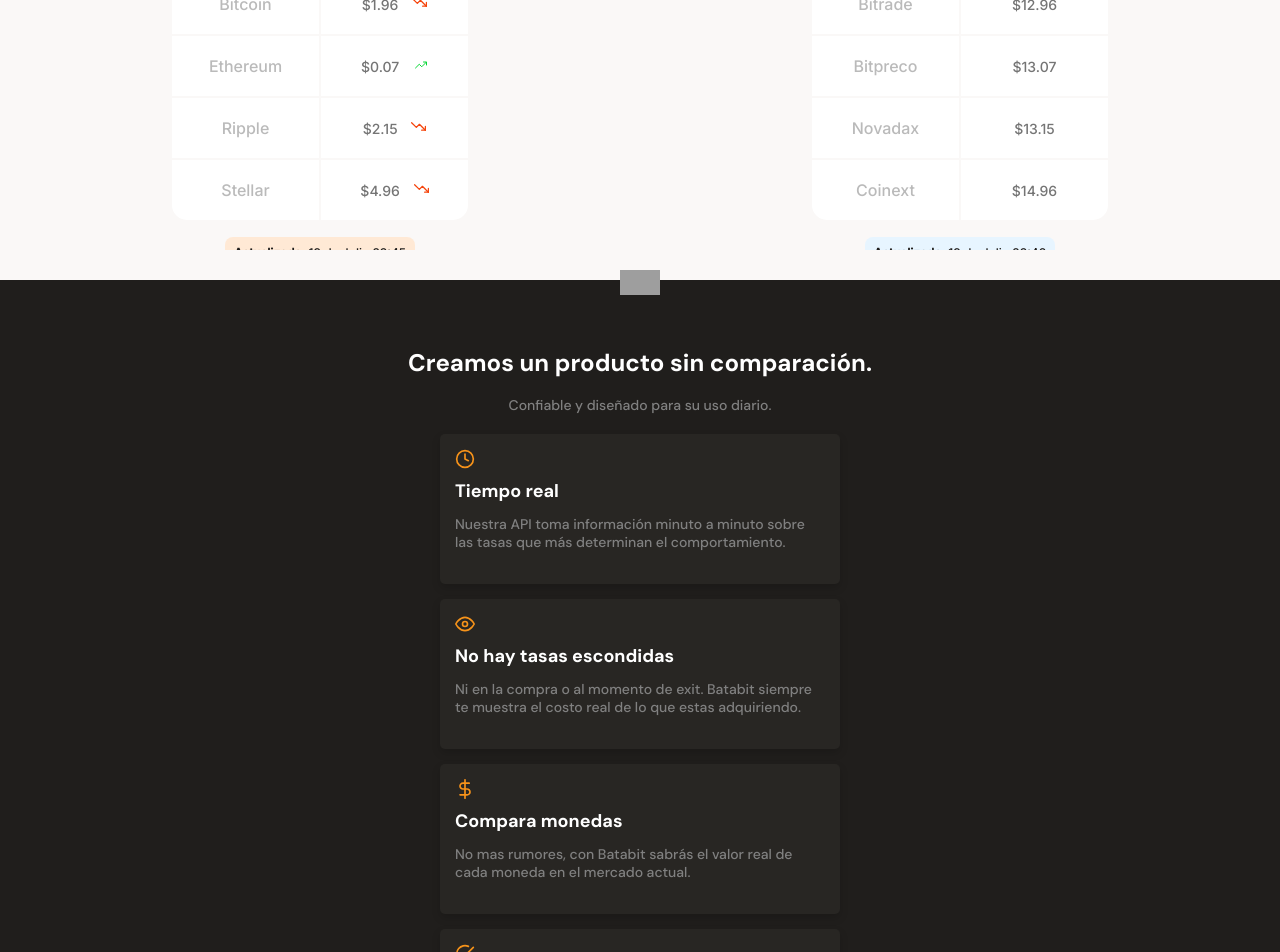
Repository: EnzoSz/Mobile-First
Page: index.html
The author's editor kept a copy of each file at every save. The page is drawn from the files as they stood at one save, then again after the next save.
The browser window is 1280 px wide. The pictures show the part of the page from y = 832 to 1784 px (the page is 2938 px tall before and 2982 px after).
Pictures or frames that could not be fetched are drawn as grey boxes.

Above is the page before, as saved 2021-02-05 13:20:05.

### index.html
<!DOCTYPE html>
<html lang="en">
<head>
    <meta charset="UTF-8">
    <meta name="viewport" content="width=device-width, initial-scale=1.0">
    <title>Document</title>
    <link rel="preconnect" href="https://fonts.gstatic.com">
    <link href="https://fonts.googleapis.com/css2?family=DM+Sans:wght@400;500;700&family=Inter:wght@300;500&display=swap" rel="stylesheet">
    <link rel="stylesheet" href="./estilos.css">
</head>
<body>
    <header>
        <img src="./assets/img/logo.svg" alt="">
        <div class="header--title-container">
            <h1>La próxima revolución en el intercambio de criptomonedas.</h1>
            <p>Batabit te ayuda a navegar entre los diferentes precios y tendencias.</p>
            <a href="#plans" class="header--button">Conoce Nuestros Planes <span></span></a>
        </div>
    </header>
    <main>
        <section class="main-exchange-container">
            <div class="backgroundImg"></div>
            <div class="main.exchange-container--title">
                <h2>Visibilizamos todas las tasas de cambio.</h2>
                <p>
                    Traemos informacion en  tiempo real de las casas de cambio y las monedas más importante del mundo.

                </p>
            </div>
            <section class="main-tables-container">
                <div class="main-currency-table">
                    <p class="currency-table--title">Monedas</p>
                    <div class="currency-table--container">
                        <table>
                            <tr>
                                <td class="table__top-left">Bitcoin</td>
                                <td class="table__top-right table__right">$1.96 <span class="down"></span></td>
                            </tr>
                            <tr>
                                <td>Ethereum</td>
                                <td class="table__right">$0.07 <span class="up"></span></td>
                            </tr>
                            <tr>
                                <td>Ripple</td>
                                <td class="table__right">$2.15 <span class="down"></span></td>
                            </tr>
                            <tr>
                                <td class="table__bottom-left">Stellar</td>
                                <td class="table__bottom-right table__right">$4.96 <span class="down"></span></td>
                            </tr>
                        </table>
                    </div>
                    <div class="currency-table-date">
                        <p>
                            <b>Actualizado:</b> 19 de Julio 23:45
                        </p>
                    </div>
                </div>
                <div class="main-commissions-table">
                    <p class="commissions-table--title">Comisiones</p>
                    <div class="commissions-table--container">
                        <table>
                            <tr>
                                <td class="table__top-left">Bitrade</td>
                                <td class="table__top-right table__right">$12.96</td>
                            </tr>
                            <tr>
                                <td>Bitpreco</td>
                                <td class="table__right">$13.07</td>
                            </tr>
                            <tr>
                                <td>Novadax</td>
                                <td class="table__right">$13.15</td>
                            </tr>
                            <tr>
                                <td class="table__bottom-left">Coinext</td>
                                <td class="table__bottom-right table__right">$14.96</td>
                            </tr>
                        </table>
                    </div>
                    <div class="commissions-table-date">
                        <p>
                            <b>Actualizado:</b> 19 de Julio 23:48
                        </p>
                    </div>
                </div>
            </section>
        </section>
        <section class="main-product-detail">
            <span class="product-detail--batata-logo"></span>
            <div class="product-detail--title">
                <h2>
                    Creamos un producto sin comparación.
                </h2>
                <p>
                    Confiable y diseñado para su uso diario.
                </p>
            </div>
            <section class="product-cards--container">
                <article class="product-detail--card">
                    <span class="icon-card clock"></span>
                    <p class="product--card-title">Tiempo real</p>
                    <p class="product--card-body">
                        Nuestra API toma información minuto a minuto sobre las tasas que más determinan el comportamiento.
                    </p>
                </article>
                <article class="product-detail--card">
                    <span class="icon-card eye "></span>
                    <p class="product--card-title">No hay tasas escondidas</p>
                    <p class="product--card-body">
                        Ni en la compra o al momento de exit. Batabit siempre te muestra el costo real de lo que estas adquiriendo.
                    </p>
                </article>
                <article class="product-detail--card">
                    <span class="icon-card dollar "></span>
                    <p class="product--card-title">Compara monedas</p>
                    <p class="product--card-body">
                        No mas rumores, con Batabit sabrás el valor real de cada moneda en el mercado actual.
                    </p>
                </article>
                <article class="product-detail--card">
                    <span class="icon-card check "></span>
                    <p class="product--card-title">información confiable</p>
                    <p class="product--card-body">
                        Nuestras fuentes estan 100% verificadas y continuamos auditando su contenido mientras se actualizan.
                    </p>
                </article>
            </section>

        </section>
        <section class="bitcoin-img-container">
            <h2>Conócelo hoy.</h2>
        </section>
        <section id="plans" class="main-plans-container">
            <div class="plans--title">
                <h2>Escoge un plan que mejor se ajuste a ti.</h2>
                <p>Cualquier plan te da acceso completo a nuestra plataforma.</p>
            </div>
            <section class="plans-container--slider">
                <article class="plan-container--card">
                    <p class="recomendado">Recomendado</p>
                    <div class="plan-info-container">
                        <h3 class="plan-card--title">Pago Anual</h3>
                        <p class="plan-card--price"><span>$</span>99</p>
                        <p class="plan-card--saving">* Ahorras $129 comparado al plan mensual.</p>
                        <button class="plan-card--ca">Escoger este <span></span></button>
                    </div>
                </article>
                <article class="plan-container--card">
                    <p class="basico">Basico</p>
                    <div class="plan-info-container">
                        <h3 class="plan-card--title">Pago Mensual</h3>
                        <p class="plan-card--price"><span>$</span>150</p>
                        <p class="plan-card--saving">* Contas con todos los beneficios.</p>
                        <button class="plan-card--ca">Escoger este <span></span></button>
                    </div>
                </article>
                <article class="plan-container--card">
                    <p class="premium">Premiun</p>
                    <div class="plan-info-container">
                        <h3 class="plan-card--title">Pago Anual</h3>
                        <p class="plan-card--price"><span>$</span>200</p>
                        <p class="plan-card--saving">* Podrás invitar a un familiar o amigo.</p>
                        <button class="plan-card--ca">Escoger este <span></span></button>
                    </div>
                </article>
            </section>
        </section>
    </main>
    <footer></footer>
</body>
</html>

### estilos.css
/*
1. Posicionamiento
2. Modelo de caja (Box model)
3. Tipografía
4. Visuales
5. Otros
*/
:root {
    /*Colores */
    --bitcoin-orange: #F7931A;
    --soft-orange: #FFE9D5;
    --secondary-blue: #1A9AF7;
    --soft-blue: #E7F5FF;
    --warm-black: #201E1C;
    --warm-black1: #282623;
    --grey: #BABABA;
    --off-white: #FAF8F7;
    --just-white: #FFFFFF;
}
* {
    box-sizing: border-box;
    margin: 0;
    padding: 0;
}
html {
    font-size: 62.5%;
    font-family: 'DM Sans', sans-serif;
}
header {
    position: relative;
    display: flex;
    flex-direction: column;
    justify-content: center;
    width: 100%;
    min-width: 32rem;
    height: 33.4rem;
    text-align: center;
    background: linear-gradient(207.8deg, #201E1C 16.69%, #F7931A 100%);;
}
header img {
    width: 15rem;
    height: 2.4rem;
    margin-top: 6.0rem;
    align-self:center;
}
.header--title-container {
    width: 90%;
    min-width: 28.8rem;
    max-width: 90rem;
    height: 21.8rem;
    margin-top: 4rem;
    text-align: center;
    align-self:center;

}
.header--title-container h1 {
    font-size: 2.4rem;
    font-weight: bold;
    line-height: 2.6rem;
    color: var(--just-white);
}
.header--title-container p {
    margin-top: 25px;
    font-size: 1.4rem;
    font-weight: 500;
    line-height: 1.8rem;
    color: var(--soft-orange);
}
.header--title-container .header--button {
    position: absolute;
    left: calc(50% - 118px);
    top: 270px;
    display: block;
    margin-top: 35px;
    padding: 15px;
    width: 229px;
    height: 48px;
    background-color: var(--off-white);
    /*Sombra*/
    box-shadow: 0px 4px 8px rgba(89, 73, 30, 0.16);
    border: none;
    border-radius: 5px;
    font-size: 1.4rem;
    font-weight: bold;
    text-decoration: none;
    color: var(--warm-black1);
}
.header--button span {
    display: inline-block;
    width: 13px;
    height: 8px;
    margin-left: 10px;
    background-image: url('./assets/icons/arrow-down.svg');
}
main {
    width: 100%;
    height: auto;
    background-color: var(--off-white);
}
.main-exchange-container {
    width: 100%;
    height: auto;
    padding-top: 80px;
    padding-bottom: 30px;
    text-align: center;
}
.main-exchange-container--title {
    width: 90%;
    min-width: 288px;
    max-width: 900px;
    margin: 0 auto;
}
.main-exchange-container .backgroundImg {
    width: 200px;
    height: 200px;
    margin: 0 auto;
    margin-bottom: 50px;
    background-image:url('./assets/img/bitcoin.svg');
    background-size: cover;
    background-position: center;
    background-repeat: no-repeat;
}
.main-exchange-container h2 {
    margin-bottom: 30px;
    font-size: 2.4rem;
    font-weight: bold;
    line-height: 2.6rem;
    color: var(--warm-black1);
}
.main-exchange-container p {
    margin-bottom: 30px;
    font-size: 1.4rem;
    font-weight: 500;
    line-height: 1.6rem;
    color: #757575;
}
.main-tables-container {
    display: flex;
    height: 316px;
    overflow-x: scroll;
    overscroll-behavior: contain;
    scroll-snap-type: x proximity;
}
.main-currency-table, .main-commissions-table {
    width: 70%;
    min-width: 235px;
    max-width: 500px;
    height: 360px;
    margin: 0 auto;
    font-family: "Inter", sans-serif;
}
.main-currency-table .currency-table--title {
    margin-bottom: 15px;
    font-size: 1.8rem;
    font-weight: bold;
    line-height: 2.3rem;
    color: var(--bitcoin-orange);
}
.currency-table--container, .commissions-table--container {
    width: 90%;
    min-width: 230px;
    max-width: 300px;
    height: 250px;
    margin: 0 auto;
}
.currency-table--container table, .commissions-table--container table {
    width: 100%;
    height: 100%;
}
.currency-table--container td, .commissions-table--container td {
    width: 50%;
    font-size: 1.6rem;
    font-weight: 500;
    line-height: 1.9rem;
    color: var(--grey);
    background-color: var(--just-white);
}
.currency-table--container .table__top-left, .commissions-table--container .table__top-left {
    border-radius: 15px 0 0 0;
}
.currency-table--container .table__top-right, .commissions-table--container .table__top-right {
    border-radius: 0 15px 0 0;
}
.currency-table--container .table__bottom-left, .commissions-table--container .table__bottom-left {
    border-radius: 0 0 0 15px;
}
.currency-table--container .table__bottom-right, .commissions-table--container .table__bottom-right {
    border-radius: 0 0 15px 0;
}
.currency-table--container .table__right, .commissions-table--container .table__right {
    font-size: 1.4rem;
    font-weight: normal;
    line-height: 1.7rem;
    color: #757575;
}
.currency-table--container .down {
    display: inline-block;
    width: 15px;
    height: 15px;
    margin-left: 10px;
    background-image: url('./assets/icons/trending-down.svg');
    background-size: cover;
    background-position: center;
    background-repeat: no-repeat;
}
.currency-table--container .up {
    display: inline-block;
    width: 15px;
    height: 15px;
    margin-left: 10px;
    background-image:url('./assets/icons/trending-up.svg');
    background-position: center;
    background-repeat:no-repeat;
}
.currency-table-date {
    width: 190px;
    height: 30px;
    margin: 0 auto;
    margin-top: 15px;
    padding: 8px;
    background-color: var(--soft-orange);
    border-radius: 8px;
}
.currency-table-date p {
    font-size: 1.2rem;
    line-height: 1.5rem;
    color: var(--warm-black);
}
.main-commissions-table .commissions-table--title {
    margin-bottom: 15px;
    font-size: 1.8rem;
    font-weight: bold;
    line-height: 2.3rem;
    color: var(--secondary-blue);
}
.commissions-table-date {
    width: 190px;
    height: 30px;
    margin: 0 auto;
    margin-top: 15px;
    padding: 8px;
    background-color: var(--soft-blue);
    border-radius: 8px;
}
.commissions-table-date p {
    font-size: 1.2rem;
    line-height: 1.5rem;
    color: var(--warm-black);
}
.main-product-detail {
    position: relative;
    width: 100%;
    min-width: 320px;
    height: auto;
    padding: 20px 10px;
    background-color: var(--warm-black);
}
.product-detail--batata-logo {
    position: absolute;
    width: 40px;
    height: 25px;
    top: -10px;
    left: calc(50% - 20px);
    background-image: url('./assets/icons/batata.svg');
}
.product-detail--title {
    width: 90%;
    min-width: 288px;
    height: auto;
    margin: 0 auto;
    margin-top: 50px;
    text-align: center;
}
.product-detail--title h2 {
    margin-bottom: 20px;
    font-size: 2.4rem;
    font-weight: bold;
    line-height: 2.6rem;
    color: var(--just-white);
}
.product-detail--title p {
    margin-bottom: 20px;
    font-size: 1.4rem;
    font-weight: 500;
    line-height: 1.8rem;
    color: #808080;
}
.product-detail--card {
    width: 90%;
    min-width: 288px;
    max-width: 400px;
    min-height: 150px;
    margin: 15px auto;
    padding: 15px;
    background-color:var(--warm-black1);
    border-radius: 5px;
    box-shadow: 0 4px 8px rgba(0, 0, 0, 0.16);
}
.product-detail--card .icon-card {
    display: inline-block;
    width: 20px;
    height: 20px;
    margin-bottom: 10px;
    background-size: cover;
    background-position: center;
    background-repeat: no-repeat;
}
.clock {
    background-image: url('./assets/icons/clock.svg');
}
.product--card-title {
    margin-bottom: 15px;
    font-size: 1.8rem;
    font-weight: bold;
    line-height: 1.8rem;
    color: var(--just-white);
}
.product--card-body {
    font-size: 1.4rem;
    font-weight: 500;
    line-height: 1.8rem;
    color: #808080;
}
.eye {
    background-image: url('./assets/icons/eye.svg');
}
.dollar {
    background-image: url('./assets/icons/dollar-sign.svg');
}
.check {
    background-image: url('./assets/icons/check-circle.svg');
}
.bitcoin-img-container {
    width: 100%;
    min-width: 320px;
    height: 60vh;
    background-image: url('./assets/img/bitcoinbaby1.jpg');
    background-position: center;
    background-size: cover;
    background-repeat: no-repeat;
    text-align: center;
}
.bitcoin-img-container h2 {
    padding-top: 30px;
    font-size: 2.4rem;
    font-weight: bold;
    line-height: 2.6rem;
    color: var(--just-white);
}
.main-plans-container {
    width: 100%;
    min-width: 320px;
    padding-bottom: 70px;
    text-align: center;

}
.plans--title {
    width: 90%;
    min-width: 288px;
    height: auto;
    margin: 0 auto;
    margin-bottom: 50px;
}
.plans--title h2 {
    padding-top: 50px;
    font-size: 2.4rem;
    font-weight: bold;
    line-height: 2.6rem;
    color: var(--warm-black);
}
.plans--title p {
    padding-top: 30px;
    font-size: 1.4rem;
    font-weight: 500;
    line-height: 1.8rem;
    color: #757575;
}
.plan-container--card {
    position: relative;
    scroll-snap-align: center;
    width: 70%;
    min-width: 230px;
    max-width: 300px;
    height: 250px;
    margin: 50px 10px 0;
    padding: 0 15px;
    background-color: var(--just-white);
    border-radius: 15px;
    box-shadow: 0 4px 8px rgba(89, 73,30, 0.16);
}
.recomendado, .basico, .premium {
    position: absolute;
    width: 120px;
    height: 31px;
    top: -15px;
    left: calc(50% - 60px);
    font-size: 1.2rem;
    background-color: var(--bitcoin-orange);
    border-radius: 8px;
    color: var(--just-white);
    padding: 6px;
}
.plan-card--title {
    padding-top: 30px;
    font-size: 1.4rem;
    font-weight: 500;
    line-height: 1.8rem;
    color: black;

}
.plan-card--price {
    padding: 5px 0;
    font-size: 5.2rem;
    font-weight: bold;
    line-height: 5.3rem;
    color: black;
}
.plan-card--price span {
    font-size: 1.2rem;
    font-weight: 300;
    vertical-align: text-top;
}
.plan-card--saving {
    font-size: 1.2rem;
    color: #757575;
}
.plan-card--ca {
    width: 150px;
    height: 48px;
    margin-top: 20px;
    background-color: #FAF8F7;
    border: 2px solid var(--bitcoin-orange);
    border-radius: 4px;
    font-size: 1.4rem;
    font-family: 'DM Sans', sans-serif;
    font-weight: bold;
    line-height: 1.8rem;
    color: var(--warm-black);

}
.plan-card--ca span {
    display: inline-block;
    width: 20px;
    height: 20px;
    background-image: url('./assets/icons/arrow-right.svg');
    vertical-align: text-bottom;
}
.plans-container--slider {
    display: flex;
    height: 316px;
    overflow-x: scroll;
    overscroll-behavior: contain;
    scroll-snap-type: x proximity;
}

After the next save:
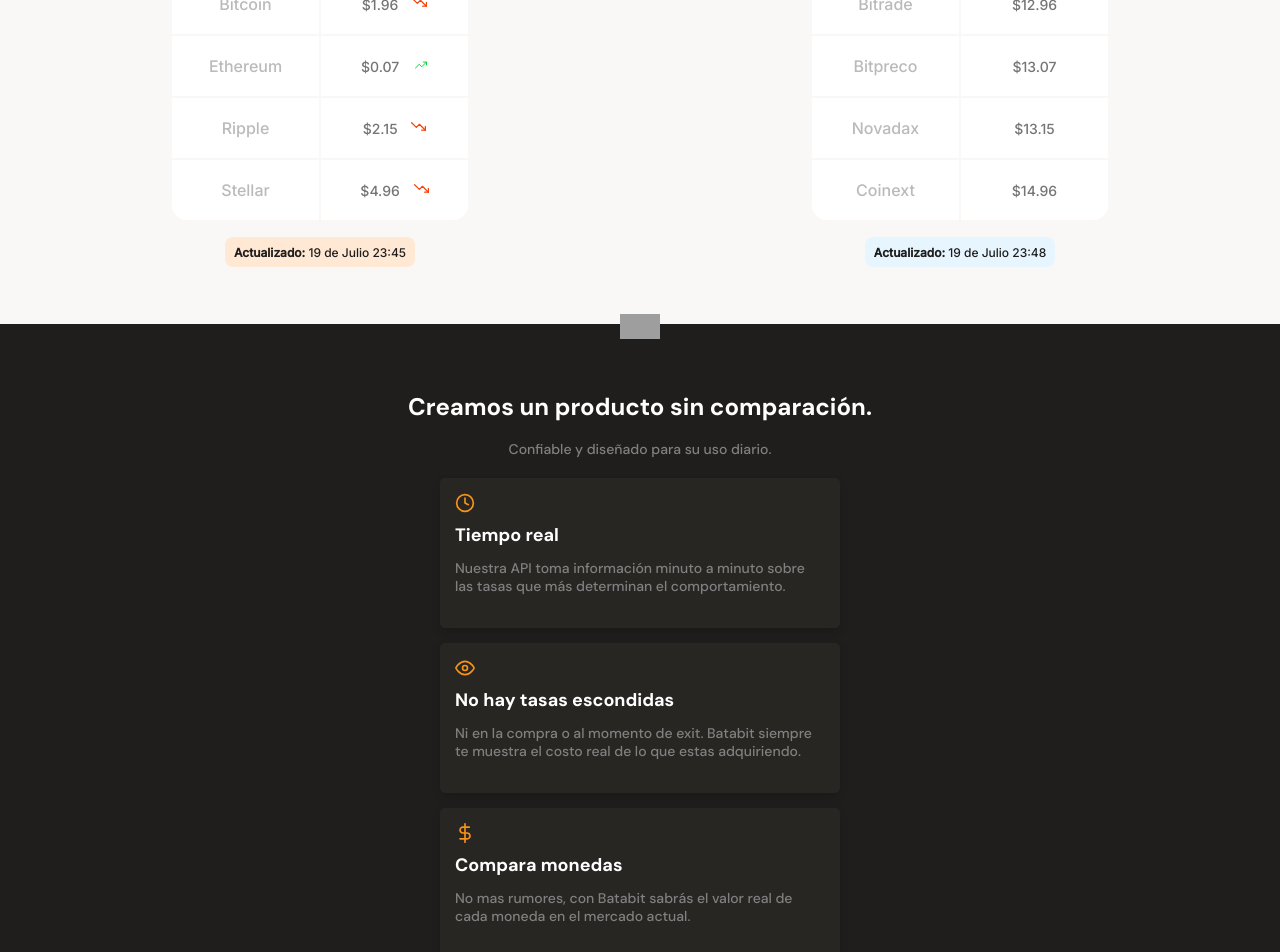
Saved 52 s later.
--- a/estilos.css
+++ b/estilos.css
@@ -136,7 +136,7 @@
 }
 .main-tables-container {
     display: flex;
-    height: 316px;
+    height: 360px;
     overflow-x: scroll;
     overscroll-behavior: contain;
     scroll-snap-type: x proximity;
